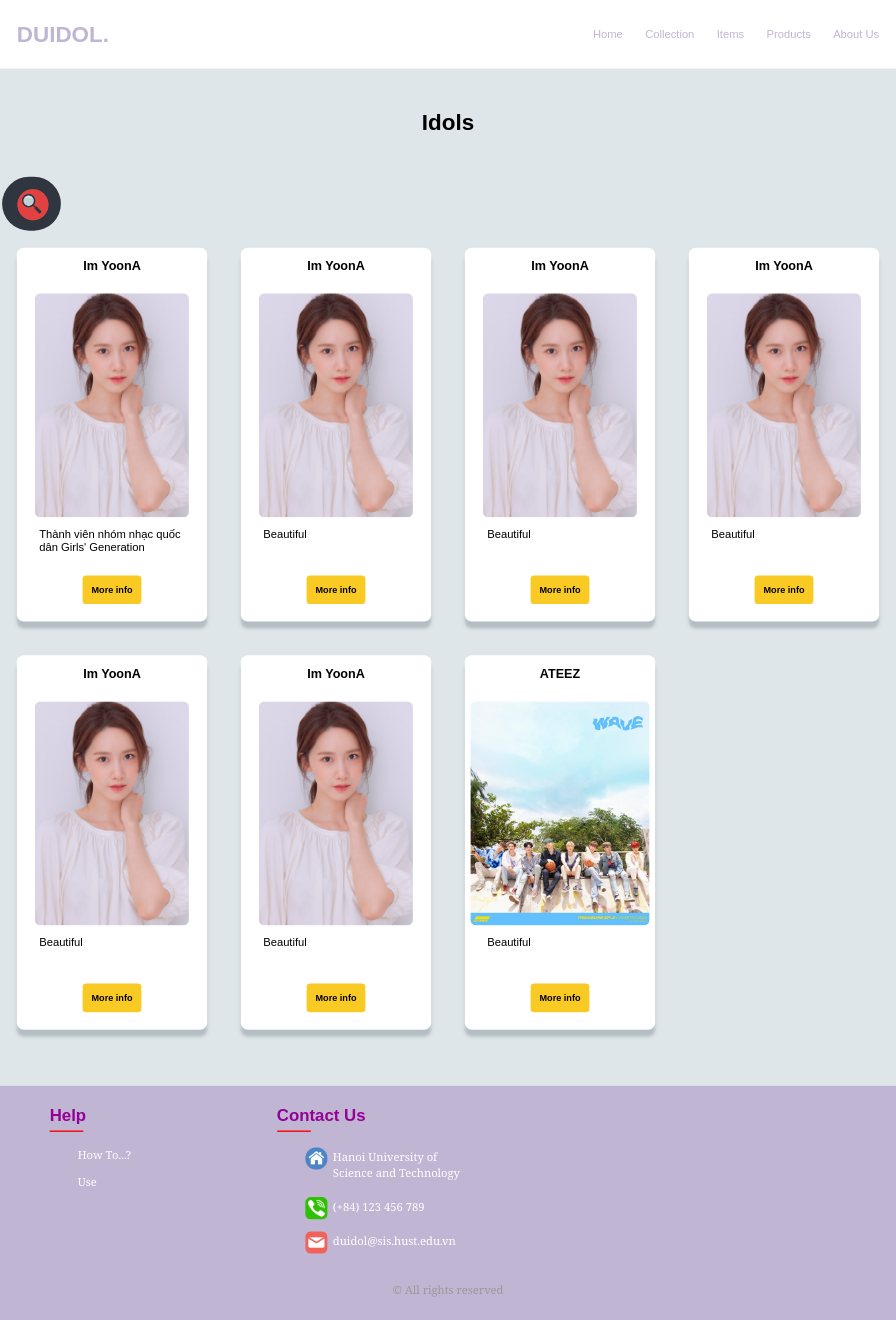
Repository: hangvtt183524/Cong_nghe_Web_va_dich_vu_truc_tuyen_20202
Page: ProjectWeb/src/View/html/idol_list.html
An editor plug-in stored every save of this project. The page is shown before and after the next save, followed by the edit.
The browser window is 1280 px wide. The pictures show the whole page, at 70% of full size.

Above is the page before, as saved 2021-05-06 17:42:07.

### ProjectWeb/src/View/html/idol_list.html
<html>
	<head>
		<title>Idol List</title>
		<link rel="stylesheet" href="../css/idol_list.css">
		<link rel="stylesheet" href="../css/welcome_page.css">
	</head>
	<body>
		<header>
			<a href="" class="logo">DUIDOL.</a>
            <ul class="navigation">
                <li><a href="">Home</a></li>
                <li><a href="">Collection</a></li>
                <li><a href="">Items</a></li>
                <li><a href="">Products</a></li>
                <li><a href="">About Us</a></li>
            </ul>
		</header>
		<section class="idol-list">
			<div>
				<h1 class="align-center">Idols</h1>
			</div>
			<div class="container1">
				<div class="search-box">
				<input class="search-txt" type="text" name="" placeholder="Type to search">
				<a class="search-btn" href="#"><img src="../image/search-icon.png"></a>
			</div>
			</div>
			<div class="idol-container">
				<div class="card">
					<div class="name">Im YoonA</div>
					<div class="image">
						<img src="../image/yoona.jpg">
					</div>
					<div class="textblock">
					<div class="text">Thành viên nhóm nhạc quốc dân Girls' Generation</div>
					</div>
					<div>
						<div class="btnblock">
						<a href="../html/info.html" class="info-button">More info</a>
						</div>
					</div>
				</div>



				<div class="card">
					<div class="name">Im YoonA</div>
					<div class="image">
						<img src="../image/yoona.jpg">
					</div>
					<div class="textblock">
					<div class="text">Beautiful</div>
					</div>

					<div>
						<div class="btnblock">
						<a href="../html/info.html" class="info-button">More info</a>
						</div>
					</div>
				</div>



				<div class="card">
					<div class="name">Im YoonA</div>
					<div class="image">
						<img src="../image/yoona.jpg">
					</div>
					<div class="textblock">
					<div class="text">Beautiful</div>
					</div>
					<div>
						<div class="btnblock">
						<a href="../html/info.html" class="info-button">More info</a>
						</div>
					</div>
				</div>

				<div class="card">
					<div class="name">Im YoonA</div>
					<div class="image">
						<img src="../image/yoona.jpg">
					</div>
					<div class="textblock">
					<div class="text">Beautiful</div>
					</div>
					<div>
						<div class="btnblock">
						<a href="../html/info.html" class="info-button">More info</a>
						</div>
					</div>
				</div>

				<div class="card">
					<div class="name">Im YoonA</div>
					<div class="image">
						<img src="../image/yoona.jpg">
					</div>
					<div class="textblock">
					<div class="text">Beautiful</div>
					</div>
					<div>
						<div class="btnblock">
						<a href="../html/info.html" class="info-button">More info</a>
						</div>
					</div>
				</div>

				<div class="card">
					<div class="name">Im YoonA</div>
					<div class="image">
						<img src="../image/yoona.jpg">
					</div>
					<div class="textblock">
					<div class="text">Beautiful</div>
					</div>
					<div>
						<div class="btnblock">
						<a href="../html/info.html" class="info-button">More info</a>
						</div>
					</div>
				</div>

				<div class="card">
					<div class="name">ATEEZ</div>
					<div class="image">
						<img src="../image/ateez-list.jpg">
					</div>
					<div class="textblock">
					<div class="text">Beautiful</div>
					</div>
					<div>
						<div class="btnblock">
						<a href="../html/info.html" class="info-button">More info</a>
						</div>
					</div>
				</div>

			</div>
		</section>
		<footer>
			<div class="container">
				<div class="row">
					<div class="footer-col">
						<h4>Help</h4>
						<ul>
							<li><a href="">How to...?</a>
							<li><a href="">Use</a>
						</ul>
					</div>
					<div class="footer-col">
						<h4>Contact us</h4>
						<ul>
							<li><img src="../image/address_icon.jpg">
							<p>Hanoi University of <br>Science and Technology</p>
							<li><img src="../image/phone_icon.png">
							<p>(+84) 123 456 789</p>
							<li><img src="../image/mail_icon.png">
							<p>duidol@sis.hust.edu.vn</p>
						</ul>
					</div>
				</div>
				<div class="copyrightText"><p>© All rights reserved</p></div>
			</div>
		</footer>
	</body>
</html>

### ProjectWeb/src/View/css/idol_list.css
body {
    font-family: sans-serif;
    margin: 0;
}

.idol-list {
	background-color:#dfe6e9;
	padding-bottom: 5em;
    align-items: center;
    padding-top: 2em;
}

h1 {
	font-size: 2em;
	font-weight: bold;
}
.container1 {
	margin-top: 10em;
}
.container1 .search-box {
	position: absolute;
	top: 50%;
	left: 15%;
	transform: translate(-225%, -140%);
	background: #2f3640;
	height: 2.8em;
	border-radius: 3em;
	padding: 1em;
	margin-bottom: 6em;
}

.search-box:hover > .search-txt {
	width: 240px;
	padding: 0 15em;
}
.container1 .search-txt {
	border: none;
	background: none;
	outline: none;
	float: left;
	color: white;
	transition: 0.4s;
	line-height: 40px;
	font-size: 16px;
	width: 0;
}
.container1 img {
	width: 3em;
	border-radius: 1em;
}
.idol-list .card {
	background-color: white;
	width: 16em;

	margin: auto;
	border-radius: 10px;
	padding: 1em;
	box-shadow: 0px 10px 5px #b2bec3;
	text-align: center;
	font-family: sans-serif;
	max-width: 75%;
	padding-bottom: 30px;
}
.idol-list .card:hover {
	box-shadow: 15px 15px 15px #b2bec3;
	background: #FFEAFF;
}
.card .name {
	font-size: 18px;
	font-weight: bold;
	padding-bottom: 0.7em;
}

.card .image {
	margin-top: 1em;
	width: 100%;
    height: 20em;
    position: relative;
}
.card .image img {
	max-height: 100%;
	border-radius: 0.5em;
	object-fit: cover;
	position: absolute;
	top: 50%;
    transform: translate(-50%, -50%);
}

.card .textblock {
	height: 4em;
	margin-left: 1em;
	margin-right: 1em;
	margin-top: 1em;
	margin-bottom: 0.5em;
}

.card .textblock .text {
	text-align: left;
	font-size: 1rem;
}

.card .btnblock {
	margin-top: 1em;
	margin-bottom: 0.5em;
}

.info-button {
	background-color: #f9ca24;
	color: black;
	border: none;
	padding: 1em;
	border-radius: 5px;
	font-weight: bold;
	font-size: 13px;
	text-decoration: none;
}

.info-button:hover {
	box-shadow: 0px 5px 5px #b2bec3;
	color: #eb4db4;
}

.idol-container {
	display: grid;
	grid-template-columns: repeat(4, 1fr);
	grid-row-gap: 3em;
}

.align-center {
	text-align: center;
}

footer {
	background-color: #c0b5d3;
	padding: 1em 0;
}

footer .container {
	max-width: 1170px;
	margin: auto;
}

.footer-col {
	width: 25%;
	padding: 0 1em;
}
.footer-col h4 {
	font-size: 1.5em;
	color: #950096;
	text-transform: capitalize;
	position: relative;
	margin-top: 0.5em;
}

.footer-col h4::before {
	content: '';
	position: absolute;
	left: 0;
	bottom: -10px;
	height: 2px;
	background-color: red;
	box-sizing: border-box;
	width: 2em;
}

.footer-col li {
	display: flex;
	margin-bottom: 0.5em;
}
.footer-col ul li a {
	color: white;
	text-transform: capitalize;
	text-decoration: none;
	font-family: Cambria;
	font-size: 1em;
	margin-bottom: 0.5em;
	display: block;
}


.footer-col ul li a:hover {
	color: #700470;
	padding-left: 1em;

}

.footer-col p {
	margin-top: 0.2em;
	font-size: 1em;
	font-family: Cambria;
	color: white;
}
.footer-col img {
	border-radius: 0.5em;
	max-height: 2em;
	margin-right: 0.5em;
}

ul {
	list-style: none;
}

footer .container .h3 {
	color: white;
}

.container .row {
	display: flex;
	flex-wrap: wrap;
}

.copyrightText {
	width: 100%;
	color: #999;
	text-align: center;
	font-family: Cambria;
}

@media only screen and (max-width: 991px){
	.idol-container {
		grid-template-columns: 1fr;
	}
	.card {
        width: 25em;
    }
    .album .image {
        height: 25em;
    }
    .footer-col {
    	width: 50%;
    	margin-bottom: 5em;
    }

}

### ProjectWeb/src/View/css/welcome_page.css

body {
    margin: 0;
    font-family: sans-serif;
}
.bg {
    display: grid;
    grid-template-columns: 2fr 1fr;
    background-color: #c0b5d3;
}
.bg2 img {
    width: 100%;
}
.bg1 {
    display: flex;
    justify-content: center;
    align-items: center;
}
.bg1-1 h2 {
    font-size: 5rem;
    line-height: 0.1em;
    font-family: sans-serif;
    color: white;
    position: relative;
    z-index: 1;
}
.bg1-1 h2::before {
    content: ' ';
    position: absolute;
    width: 2.5em;
    height: 0.25em;
    background: #ab91d8;
    bottom: -35;
    z-index: -1;
    margin-left: -0.9em;
}
.bg1-1 p {
    font-size: 3rem;
    color: white;
    position: relative;
    z-index: 1;
}
.bg1-1 p::before {
    content: ' ';
    position: absolute;
    width: 2.5em;
    height: 0.3em;
    background: #ab91d8;
    bottom: 0;
    z-index: -1;
    margin-left: 10em;
}
.bg1-1 p span {
    font-size: 1.5rem;
    display: block;
    font-weight: 500;
}
header {
    background-color: white;
    padding: 1.5em;
    display: flex;
    justify-content: space-between;
    align-items: center;
}
.logo {
    font-weight: bold;
    text-decoration: none;
    font-size: 2em;
    color: #c0b5d3;
}
.navigation {
    display: flex;
    position: relative;
}
.navigation li {
    list-style: none;
    margin-left: 2em;
}
.navigation li a {
    text-decoration: none;
    font-size: 1em;
    color: #c0b5d3;
}

After the next save:
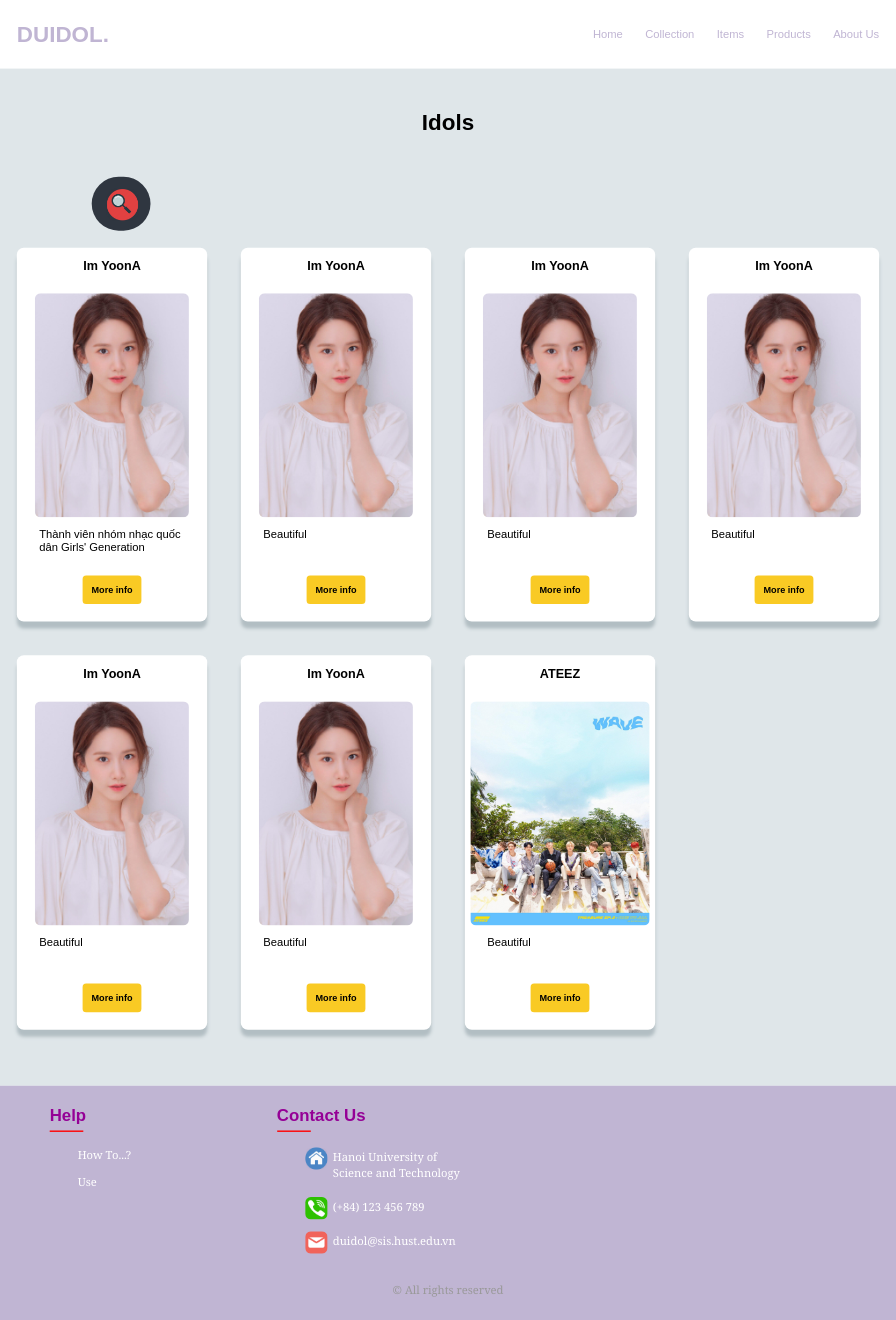
Saved 10 s later.
--- a/ProjectWeb/src/View/css/idol_list.css
+++ b/ProjectWeb/src/View/css/idol_list.css
@@ -20,7 +20,7 @@
 .container1 .search-box {
 	position: absolute;
 	top: 50%;
-	left: 15%;
+	left: 25%;
 	transform: translate(-225%, -140%);
 	background: #2f3640;
 	height: 2.8em;
